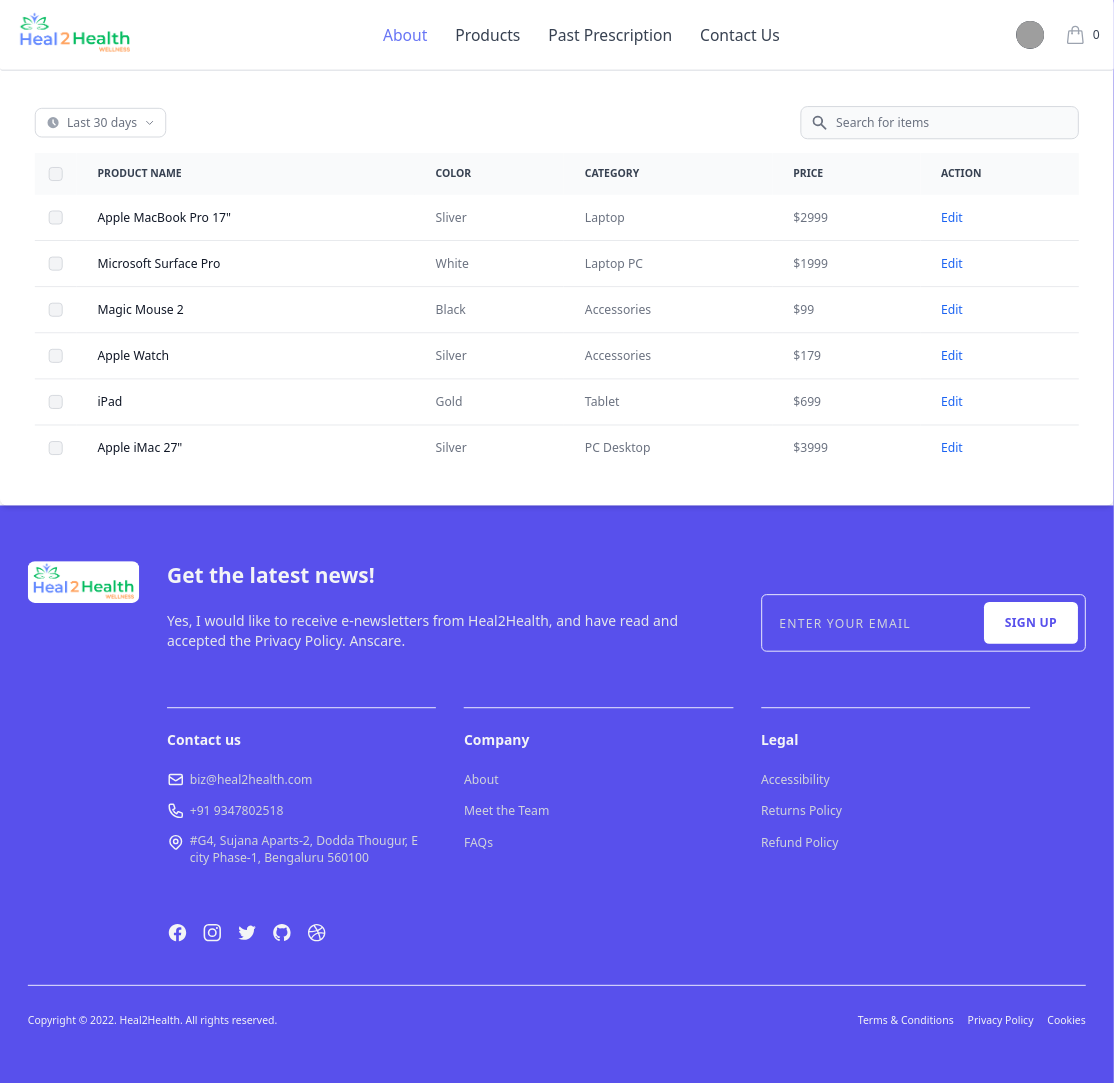
Repository: Akash123-coder/H2H
Page: /PastPrescription (app in Frontend/)
The author's editor kept a copy of each file at every save. The page is drawn from the files as they stood at one save, then again after the next save.
The browser window is 1280 px wide. The pictures show the whole page, at 87% of full size.
Pictures or frames that could not be fetched are drawn as grey boxes. The project was rebuilt for these pictures with package versions that can differ from the ones it lists, and the page was loaded fresh each time. Also part of the build but not shown: Frontend/vite.config.ts, Frontend/src/pages/About.tsx, Frontend/src/components/Cta.jsx, Frontend/src/pages/Home.jsx, Frontend/src/components/Buttonsm.tsx, Frontend/src/components/Buttonrm.tsx, Frontend/src/components/Product.tsx, Frontend/src/pages/Prescription.jsx and 2 more.

Above is the page before, as saved 2022-09-28 16:44:00.

After the next save:
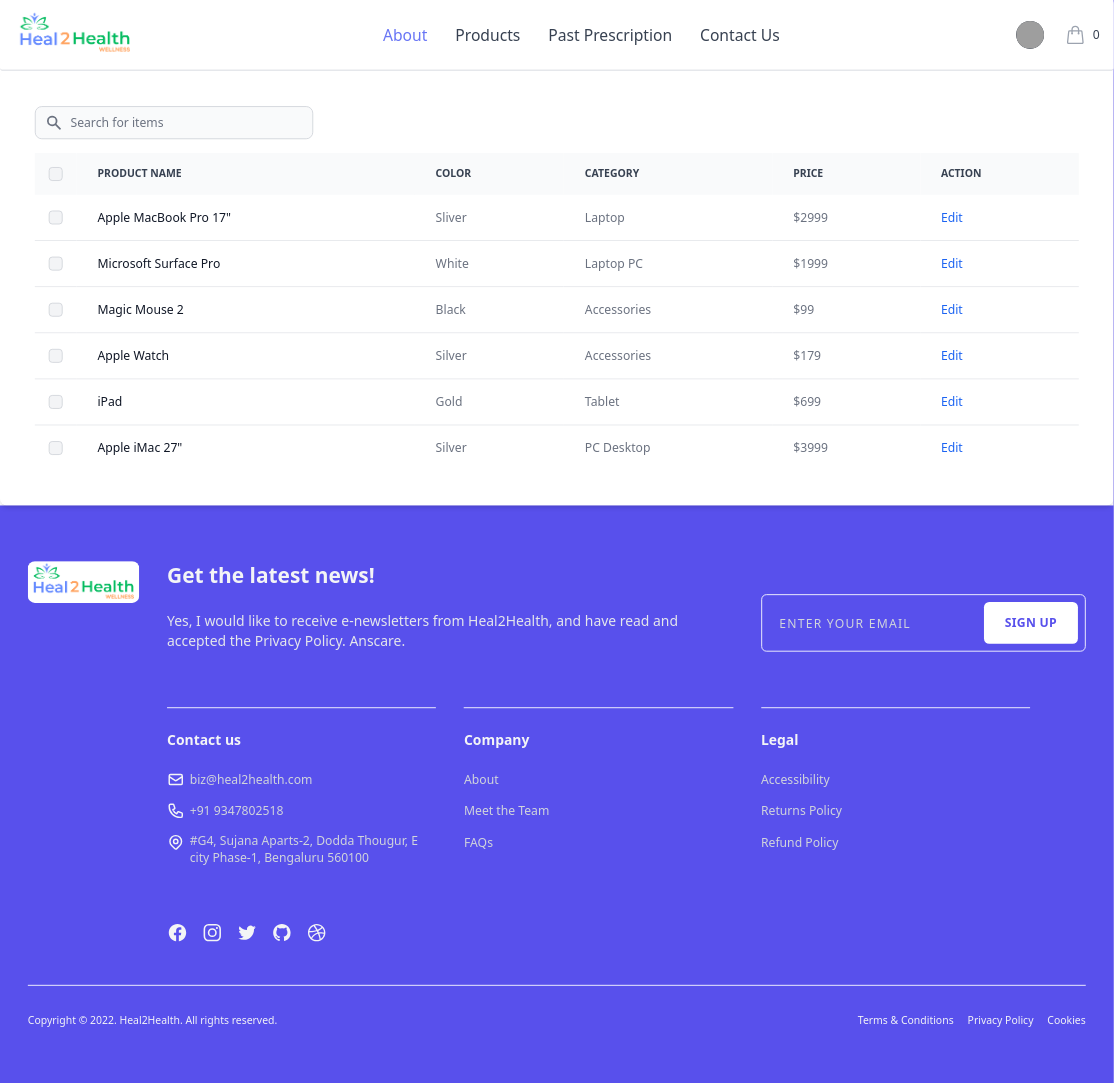
Saved 19 s later.
--- a/Frontend/src/pages/PastPrescription.jsx
+++ b/Frontend/src/pages/PastPrescription.jsx
@@ -5,144 +5,7 @@ function PastPrescription() {
     <div>
       <div class="overflow-x-auto relative shadow-md sm:rounded-lg p-10">
         <div class="flex justify-between items-center pb-4">
-          <div>
-            <button
-              id="dropdownRadioButton"
-              data-dropdown-toggle="dropdownRadio"
-              class="inline-flex items-center text-gray-500 bg-white border border-gray-300 focus:outline-none hover:bg-gray-100 focus:ring-4 focus:ring-gray-200 font-medium rounded-lg text-sm px-3 py-1.5 dark:bg-gray-800 dark:text-white dark:border-gray-600 dark:hover:bg-gray-700 dark:hover:border-gray-600 dark:focus:ring-gray-700"
-              type="button"
-            >
-              <svg
-                class="mr-2 w-4 h-4 text-gray-400"
-                aria-hidden="true"
-                fill="currentColor"
-                viewBox="0 0 20 20"
-                xmlns="http://www.w3.org/2000/svg"
-              >
-                <path
-                  fill-rule="evenodd"
-                  d="M10 18a8 8 0 100-16 8 8 0 000 16zm1-12a1 1 0 10-2 0v4a1 1 0 00.293.707l2.828 2.829a1 1 0 101.415-1.415L11 9.586V6z"
-                  clip-rule="evenodd"
-                ></path>
-              </svg>
-              Last 30 days
-              <svg
-                class="ml-2 w-3 h-3"
-                aria-hidden="true"
-                fill="none"
-                stroke="currentColor"
-                viewBox="0 0 24 24"
-                xmlns="http://www.w3.org/2000/svg"
-              >
-                <path
-                  stroke-linecap="round"
-                  stroke-linejoin="round"
-                  stroke-width="2"
-                  d="M19 9l-7 7-7-7"
-                ></path>
-              </svg>
-            </button>
-            {/* <!-- Dropdown menu --> */}
-            <div
-              id="dropdownRadio"
-              class="hidden z-10 w-48 bg-white rounded divide-y divide-gray-100 shadow dark:bg-gray-700 dark:divide-gray-600 absolute inset m-0 translate-y-[34450px]"
-              data-popper-reference-hidden=""
-              data-popper-escaped=""
-              data-popper-placement="bottom"
-            >
-              <ul
-                class="p-3 space-y-1 text-sm text-gray-700 dark:text-gray-200"
-                aria-labelledby="dropdownRadioButton"
-              >
-                <li>
-                  <div class="flex items-center p-2 rounded hover:bg-gray-100 dark:hover:bg-gray-600">
-                    <input
-                      id="filter-radio-example-1"
-                      type="radio"
-                      value=""
-                      name="filter-radio"
-                      class="w-4 h-4 text-blue-600 bg-gray-100 border-gray-300 focus:ring-blue-500 dark:focus:ring-blue-600 dark:ring-offset-gray-800 focus:ring-2 dark:bg-gray-700 dark:border-gray-600"
-                    />
-                    <label
-                      for="filter-radio-example-1"
-                      class="ml-2 w-full text-sm font-medium text-gray-900 rounded dark:text-gray-300"
-                    >
-                      Last day
-                    </label>
-                  </div>
-                </li>
-                <li>
-                  <div class="flex items-center p-2 rounded hover:bg-gray-100 dark:hover:bg-gray-600">
-                    <input
-                      readOnly
-                      id="filter-radio-example-2"
-                      type="radio"
-                      value=""
-                      name="filter-radio"
-                      class="w-4 h-4 text-blue-600 bg-gray-100 border-gray-300 focus:ring-blue-500 dark:focus:ring-blue-600 dark:ring-offset-gray-800 focus:ring-2 dark:bg-gray-700 dark:border-gray-600"
-                    />
-                    <label
-                      for="filter-radio-example-2"
-                      class="ml-2 w-full text-sm font-medium text-gray-900 rounded dark:text-gray-300"
-                    >
-                      Last 7 days
-                    </label>
-                  </div>
-                </li>
-                <li>
-                  <div class="flex items-center p-2 rounded hover:bg-gray-100 dark:hover:bg-gray-600">
-                    <input
-                      id="filter-radio-example-3"
-                      type="radio"
-                      value=""
-                      name="filter-radio"
-                      class="w-4 h-4 text-blue-600 bg-gray-100 border-gray-300 focus:ring-blue-500 dark:focus:ring-blue-600 dark:ring-offset-gray-800 focus:ring-2 dark:bg-gray-700 dark:border-gray-600"
-                    />
-                    <label
-                      for="filter-radio-example-3"
-                      class="ml-2 w-full text-sm font-medium text-gray-900 rounded dark:text-gray-300"
-                    >
-                      Last 30 days
-                    </label>
-                  </div>
-                </li>
-                <li>
-                  <div class="flex items-center p-2 rounded hover:bg-gray-100 dark:hover:bg-gray-600">
-                    <input
-                      id="filter-radio-example-4"
-                      type="radio"
-                      value=""
-                      name="filter-radio"
-                      class="w-4 h-4 text-blue-600 bg-gray-100 border-gray-300 focus:ring-blue-500 dark:focus:ring-blue-600 dark:ring-offset-gray-800 focus:ring-2 dark:bg-gray-700 dark:border-gray-600"
-                    />
-                    <label
-                      for="filter-radio-example-4"
-                      class="ml-2 w-full text-sm font-medium text-gray-900 rounded dark:text-gray-300"
-                    >
-                      Last month
-                    </label>
-                  </div>
-                </li>
-                <li>
-                  <div class="flex items-center p-2 rounded hover:bg-gray-100 dark:hover:bg-gray-600">
-                    <input
-                      id="filter-radio-example-5"
-                      type="radio"
-                      value=""
-                      name="filter-radio"
-                      class="w-4 h-4 text-blue-600 bg-gray-100 border-gray-300 focus:ring-blue-500 dark:focus:ring-blue-600 dark:ring-offset-gray-800 focus:ring-2 dark:bg-gray-700 dark:border-gray-600"
-                    />
-                    <label
-                      for="filter-radio-example-5"
-                      class="ml-2 w-full text-sm font-medium text-gray-900 rounded dark:text-gray-300"
-                    >
-                      Last year
-                    </label>
-                  </div>
-                </li>
-              </ul>
-            </div>
-          </div>
+
           <label for="table-search" class="sr-only">
             Search
           </label>
